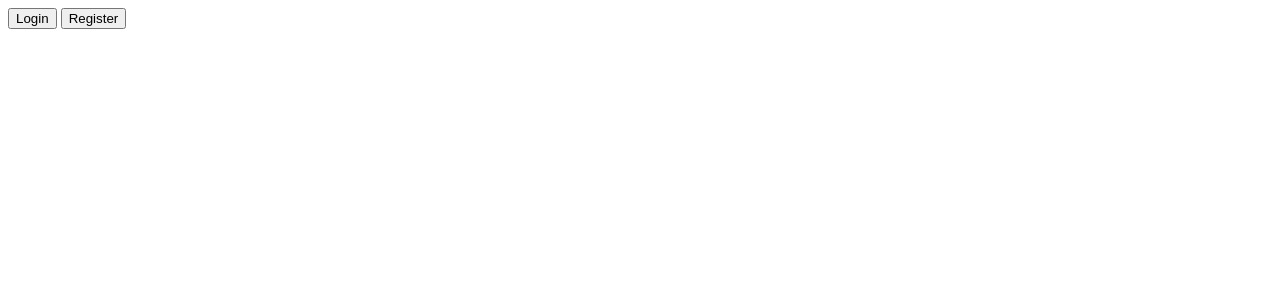
Repository: sheep9590/Test
Page: eclipse-workspace/Prj03/WebRoot/Register.html
An editor plug-in stored every save of this project. The page is shown before and after the next save, followed by the edit.
The browser window is 1280 px wide. The pictures show the whole page.

Above is the page before, as saved 2021-09-08 14:59:02.

After the next save:
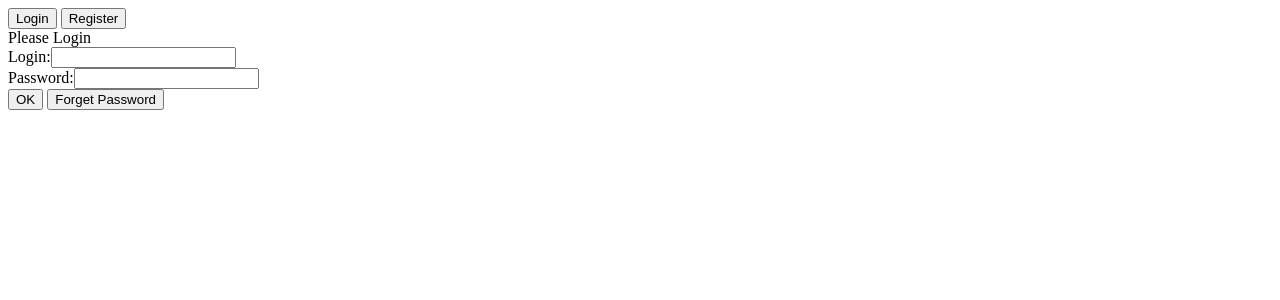
Saved 9 s later.
--- a/eclipse-workspace/Prj03/WebRoot/Register.html
+++ b/eclipse-workspace/Prj03/WebRoot/Register.html
@@ -5,5 +5,12 @@
 <input type="submit" value="Login">
 <input type="submit" value="Register">
 </form>
+      Please Login<br>
+     <form>
+     Login:<input type="text"><br>
+     Password:<input type="password"><br>
+     <input type="submit" value="OK">
+     <input type="reset" value="Forget Password">
+     </form>
 </body>
 </html>
